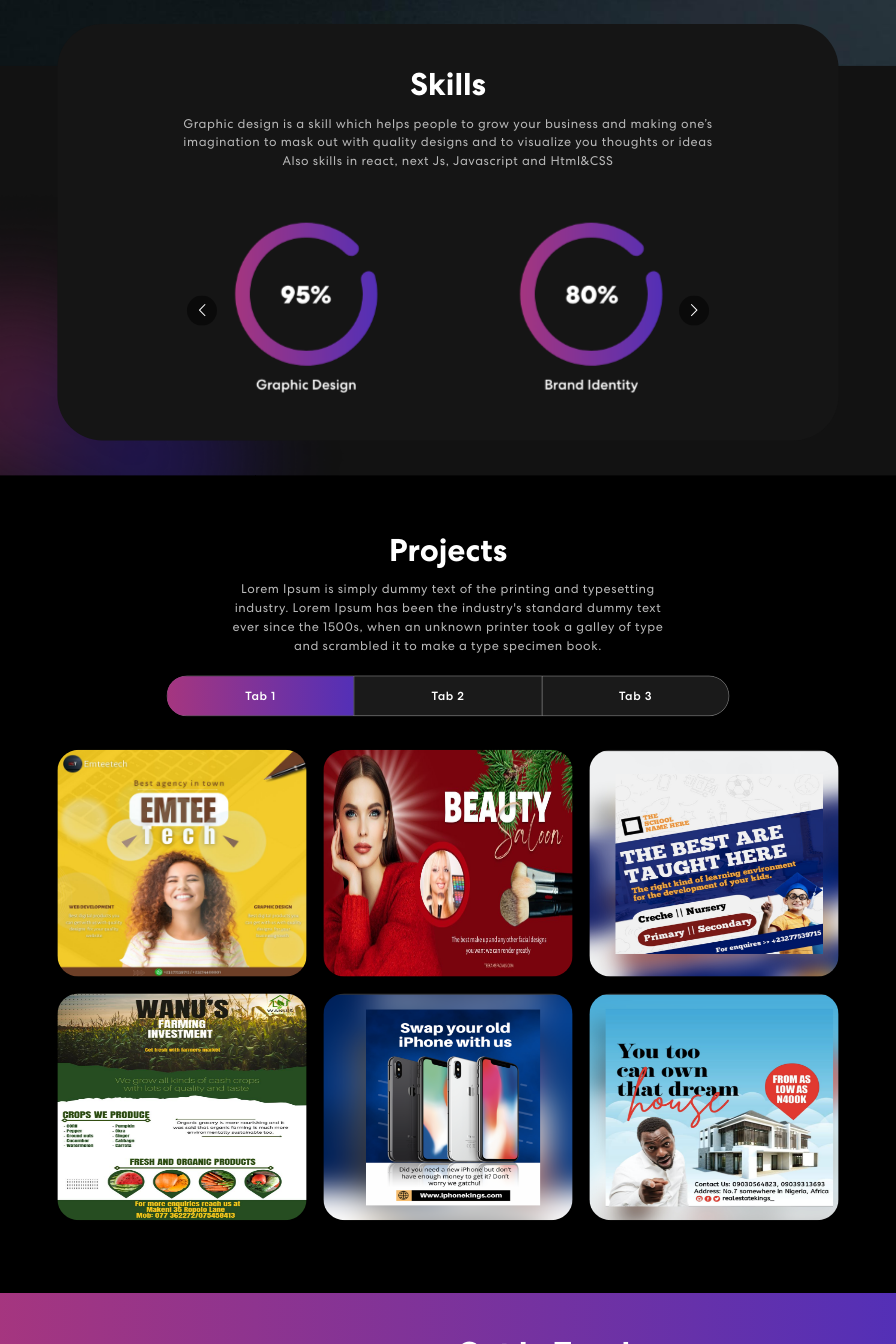
Repository: EmmanuelKeifala/emtee
Page: /
The author's editor kept a copy of each file at every save. The page is drawn from the files as they stood at one save, then again after the next save.
The browser window is 1280 px wide. The pictures show the part of the page from y = 743 to 2663 px (the page is 3503 px tall before and 3530 px after), at 70% of full size.
The project was rebuilt for these pictures with package versions that can differ from the ones it lists, and the page was loaded fresh each time. Some packages were replaced by stand-ins written for this rebuild.

Above is the page before, as saved 2022-09-30 18:10:57.

### public/index.html
<!DOCTYPE html>
<html lang="en">
  <head>
    <meta charset="utf-8" />
    <link rel="icon" href="%PUBLIC_URL%/favicon.ico" />
    <meta name="viewport" content="width=device-width, initial-scale=1" />
    <meta name="theme-color" content="#000000" />
    <meta name="description" content="Em-Tech" />
    <link rel="apple-touch-icon" href="%PUBLIC_URL%/logo192.png" />

    <link rel="manifest" href="%PUBLIC_URL%/manifest.json" />
    <title>Em-Tech</title>
  </head>
  <body>
    <div id="root"></div>
  </body>
</html>

### src/Components/Navbar.jsx
import React, { useState, useEffect } from "react";
import { Navbar, Container, Nav } from "react-bootstrap";
import logo from "../assets/img/screen.png";
import navIcon1 from "../assets/img/nav-icon1.svg";
import navIcon2 from "../assets/img/nav-icon2.svg";
import navIcon3 from "../assets/img/nav-icon3.svg";
import Twitter from "../assets/img/twit.png";

const NavBar = () => {
  const [activeLink, setActiveLink] = useState("home");
  const [scrolled, setScrolled] = useState(false);
  useEffect(() => {
    const onScroll = () => {
      if (window.scrollY > 50) {
        setScrolled(true);
      } else {
        setScrolled(false);
      }
    };
    window.addEventListener("scroll", onScroll);

    return () => window.removeEventListener("scroll", onScroll);
  }, []);
  const onUpdateActiveLink = (value) => {
    setActiveLink(value);
  };
  return (
    <Navbar expand="md" className={scrolled ? "scrolled" : ""}>
      <Container>
        <Navbar.Brand href="/">
          <img src={logo} alt="Logo" className="lo" />
        </Navbar.Brand>
        <Navbar.Toggle aria-controls="basic-navbar-nav">
          <span className="navbar-toggler-icon"></span>
        </Navbar.Toggle>
        <Navbar.Collapse id="basic-navbar-nav">
          <Nav className="ms-auto">
            <Nav.Link
              href="#home"
              className={
                activeLink === "home" ? "active navbar-link" : "navbar-link"
              }
              onClick={() => onUpdateActiveLink("home")}
            >
              Home
            </Nav.Link>
            <Nav.Link
              href="#skills"
              className={
                activeLink === "skills" ? "active navbar-link" : "navbar-link"
              }
              onClick={() => onUpdateActiveLink("skills")}
            >
              Skills
            </Nav.Link>
            <Nav.Link
              href="#project"
              className={
                activeLink === "project" ? "active navbar-link" : "navbar-link"
              }
              onClick={() => onUpdateActiveLink("project")}
            >
              Projects
            </Nav.Link>
          </Nav>
          <span className="navbar-text">
            <div className="social-icon">
              <a href="#">
                <img src={navIcon1} alt="linkedin" />
              </a>
              <a href="#">
                <img src={navIcon2} alt="facebook" />
              </a>
              <a href="#">
                <img src={navIcon3} alt="instagram" />
              </a>
              <a href="#">
                <img src={Twitter} alt="Twitter" className="twit" />
              </a>
            </div>
            <button className="vvd">
              <span>Let’s Connect</span>
            </button>
          </span>
        </Navbar.Collapse>
      </Container>
    </Navbar>
  );
};

export default NavBar;

### src/Components/Banner.jsx
import React from "react";
import { useState, useEffect } from "react";
import { Container, Row, Col } from "react-bootstrap";
import { ArrowRightCircle } from "react-bootstrap-icons";
import headerImg from "../assets/img/header-img.svg";
import "animate.css";
import TrackVisibility from "react-on-screen";
import GoogleAd from "./GoogleAd";
const Banner = () => {
  const [loopNum, setLoopNum] = useState(0);
  const [isDeleting, setIsDeleting] = useState(false);
  const [text, setText] = useState("");
  const [delta, setDelta] = useState(300 - Math.random() * 100);
  const [index, setIndex] = useState(1);
  const toRotate = ["Web Development", "Web Design", "UI/UX Design"];
  const period = 2000;

  useEffect(() => {
    let ticker = setInterval(() => {
      tick();
    }, delta);

    return () => {
      clearInterval(ticker);
    };
  }, [text]);

  const tick = () => {
    let i = loopNum % toRotate.length;
    let fullText = toRotate[i];
    let updatedText = isDeleting
      ? fullText.substring(0, text.length - 1)
      : fullText.substring(0, text.length + 1);

    setText(updatedText);

    if (isDeleting) {
      setDelta((prevDelta) => prevDelta / 2);
    }

    if (!isDeleting && updatedText === fullText) {
      setIsDeleting(true);
      setIndex((prevIndex) => prevIndex - 1);
      setDelta(period);
    } else if (isDeleting && updatedText === "") {
      setIsDeleting(false);
      setLoopNum(loopNum + 1);
      setIndex(1);
      setDelta(500);
    } else {
      setIndex((prevIndex) => prevIndex + 1);
    }
  };

  return (
    <section className="banner" id="home">
      <Container>
        <Row className="aligh-items-center">
          <Col xs={12} md={6} xl={7}>
            <TrackVisibility>
              {({ isVisible }) => (
                <div
                  className={
                    isVisible ? "animate__animated animate__fadeIn" : ""
                  }
                >
                  <span className="tagline">
                    Welcome to our Portfolio and Hiring Page
                  </span>
                  <h1>
                    {`Hi! We are Em-Tech we do`}{" "}
                    <span
                      className="txt-rotate"
                      dataPeriod="1000"
                      data-rotate='[ "Web Developement", "Web Design", "UI/UX Design" ]'
                    >
                      <span className="wrap">{text}</span>
                    </span>
                  </h1>
                  <p>
                    Lorem Ipsum is simply dummy text of the printing and
                    typesetting industry. Lorem Ipsum has been the industry's
                    standard dummy text ever since the 1500s, when an unknown
                    printer took a galley of type and scrambled it to make a
                    type specimen book.
                  </p>
                  <button onClick={() => console.log("connect")}>
                    Let’s Connect <ArrowRightCircle size={25} />
                  </button>
                </div>
              )}
            </TrackVisibility>
          </Col>
          <Col xs={12} md={6} xl={5}>
            <TrackVisibility>
              {({ isVisible }) => (
                <div
                  className={
                    isVisible ? "animate__animated animate__zoomIn" : ""
                  }
                >
                  <img src={headerImg} alt="Header Img" />
                </div>
              )}
            </TrackVisibility>
          </Col>
        </Row>
      </Container>
      <GoogleAd slot="9876543210" googleAdId="ca-pub-2934431448539258" />
    </section>
  );
};

export default Banner;

### src/Components/Skills.jsx
import React from "react";
import meter1 from "../assets/img/meter1.svg";
import meter2 from "../assets/img/meter2.svg";
import meter3 from "../assets/img/meter3.svg";
import Carousel from "react-multi-carousel";
import "react-multi-carousel/lib/styles.css";
import arrow1 from "../assets/img/arrow1.svg";
import arrow2 from "../assets/img/arrow2.svg";
import colorSharp from "../assets/img/color-sharp.png";
const Skills = () => {
  const responsive = {
    superLargeDesktop: {
      // the naming can be any, depends on you.
      breakpoint: { max: 4000, min: 3000 },
      items: 5,
    },
    desktop: {
      breakpoint: { max: 3000, min: 1024 },
      items: 3,
    },
    tablet: {
      breakpoint: { max: 1024, min: 464 },
      items: 2,
    },
    mobile: {
      breakpoint: { max: 464, min: 0 },
      items: 1,
    },
  };
  return (
    <section className="skill" id="skills">
      <div className="container">
        <div className="row">
          <div className="col-12">
            <div className="skill-bx wow zoomIn">
              <h2>Skills</h2>
              <p>
                Graphic design is a skill which helps people to grow your
                business and making one’s <br></br> imagination to mask out with
                quality designs and to visualize you thoughts or ideas<br></br>
                Also skills in react, next Js, Javascript and Html&CSS
              </p>
              <Carousel
                responsive={responsive}
                infinite={true}
                className="owl-carousel owl-theme skill-slider"
              >
                <div className="item">
                  <img src={meter1} alt="Image" />
                  <h5>Graphic Design</h5>
                </div>
                <div className="item">
                  <img src={meter2} alt="Image" />
                  <h5>Brand Identity</h5>
                </div>
                <div className="item">
                  <img src={meter3} alt="Image" />
                  <h5>Logo Design</h5>
                </div>
                <div className="item">
                  <img src={meter1} alt="Image" />
                  <h5>Web Development</h5>
                </div>
              </Carousel>
            </div>
          </div>
        </div>
      </div>
      <img className="background-image-left" src={colorSharp} alt="Image" />
    </section>
  );
};

export default Skills;

### src/Components/Projects.jsx
import React from "react";
import { Container, Row, Col, Tab, Nav } from "react-bootstrap";
import { ProjectCard } from "./ProjectCard";
import projImg1 from "../assets/img/project-1.jpeg";
import projImg2 from "../assets/img/project-2.jpeg";
import projImg3 from "../assets/img/project-7.png";
import projImg4 from "../assets/img/project-4.jpeg";
import projImg5 from "../assets/img/project-5.png";
import projImg6 from "../assets/img/project-6.png";

import colorSharp2 from "../assets/img/color-sharp2.png";
import ecommerce from "../assets/img/Ecommerce-2.jpeg";
import tiktok from "../assets/img/tiktok-clone-1.png";
import spotify from "../assets/img/spotify.webp";
import food from "../assets/img/food.png";
import chatapp from "../assets/img/chatapp.jpeg";
import amazon from "../assets/img/amazon.png";
import "animate.css";
import TrackVisibility from "react-on-screen";
const Projects = () => {
  const projects = [
    {
      title: "Business Startup",
      description: "Design & Development",
      imgUrl: projImg1,
    },
    {
      title: "Business Startup",
      description: "Design & Development",
      imgUrl: projImg2,
    },
    {
      title: "Business Startup",
      description: "Design & Development",
      imgUrl: projImg3,
    },
    {
      title: "Business Startup",
      description: "Design & Development",
      imgUrl: projImg4,
    },
    {
      title: "Business Startup",
      description: "Design & Development",
      imgUrl: projImg5,
    },
    {
      title: "Business Startup",
      description: "Design & Development",
      imgUrl: projImg6,
    },
  ];
  const web = [
    {
      title: "Ecommerce Website",
      description: "It handles order, sales etc",
      imgUrl: ecommerce,
      link: "https://em-tech-rzdb.vercel.app/",
    },
    {
      title: "A Tik Tok clone",
      description: "Design & Development",
      imgUrl: tiktok,
    },
    {
      title: "Spotify Clone",
      description: "Design & Development",
      imgUrl: spotify,
    },
    {
      title: "Food Order and Delivery",
      description: "Design & Development",
      imgUrl: food,
    },
    {
      title: "Chat App",
      description: "Design & Development",
      imgUrl: chatapp,
    },
    {
      title: "Amazon Clone",
      description: "Design & Development",
      imgUrl: amazon,
    },
  ];
  return (
    <section className="project" id="project">
      <Container>
        <Row>
          <Col size={12}>
            <TrackVisibility>
              {({ isVisible }) => (
                <div
                  className={
                    isVisible ? "animate__animated animate__fadeIn" : ""
                  }
                >
                  <h2>Projects</h2>
                  <p>
                    Lorem Ipsum is simply dummy text of the printing and
                    typesetting industry. Lorem Ipsum has been the industry's
                    standard dummy text ever since the 1500s, when an unknown
                    printer took a galley of type and scrambled it to make a
                    type specimen book.
                  </p>
                  <Tab.Container id="projects-tabs" defaultActiveKey="first">
                    <Nav
                      variant="pills"
                      className="nav-pills mb-5 justify-content-center align-items-center"
                      id="pills-tab"
                    >
                      <Nav.Item>
                        <Nav.Link eventKey="first">Tab 1</Nav.Link>
                      </Nav.Item>
                      <Nav.Item>
                        <Nav.Link eventKey="second">Tab 2</Nav.Link>
                      </Nav.Item>
                      <Nav.Item>
                        <Nav.Link eventKey="third">Tab 3</Nav.Link>
                      </Nav.Item>
                    </Nav>
                    <Tab.Content
                      id="slideInUp"
                      className={
                        isVisible ? "animate__animated animate__slideInUp" : ""
                      }
                    >
                      <Tab.Pane eventKey="first">
                        <Row>
                          {projects.map((project, index) => {
                            return <ProjectCard key={index} {...project} />;
                          })}
                        </Row>
                      </Tab.Pane>
                      <Tab.Pane eventKey="second">
                        <Row>
                          {web.map((project, index) => {
                            return <ProjectCard key={index} {...project} />;
                          })}
                        </Row>
                      </Tab.Pane>
                      <Tab.Pane eventKey="third">
                        <p>
                          Lorem ipsum dolor sit amet consectetur adipisicing
                          elit. Cumque quam, quod neque provident velit, rem
                          explicabo excepturi id illo molestiae blanditiis,
                          eligendi dicta officiis asperiores delectus quasi
                          inventore debitis quo.
                        </p>
                      </Tab.Pane>
                    </Tab.Content>
                  </Tab.Container>
                </div>
              )}
            </TrackVisibility>
          </Col>
        </Row>
      </Container>
      <img className="background-image-right" src={colorSharp2}></img>
    </section>
  );
};

export default Projects;

### src/Components/Contact.jsx
import React from "react";
import { useState } from "react";
import { Container, Row, Col } from "react-bootstrap";
import contactImg from "../assets/img/contact-img.svg";
import "animate.css";
import { Form, Input, TextArea, Button } from "semantic-ui-react";
import TrackVisibility from "react-on-screen";
import Swal from "sweetalert2";
import emailjs from "emailjs-com";
const Contact = () => {
  const formInitialDetails = {
    firstName: "",
    lastName: "",
    email: "",
    phone: "",
    message: "",
  };

  const SERVICE_ID = "service_hdc70rt";
  const TEMPLATE_ID = "template_uccb61k";
  const USER_ID = "tjSBze7Rp8m252Qv_";

  const [formDetails, setFormDetails] = useState(formInitialDetails);
  const [buttonText, setButtonText] = useState("Send");
  const [status, setStatus] = useState({});

  const onFormUpdate = (category, value) => {
    setFormDetails({
      ...formDetails,
      [category]: value,
    });
  };

  const handleOnSubmit = (e) => {
    e.preventDefault();
    emailjs.sendForm(SERVICE_ID, TEMPLATE_ID, e.target, USER_ID).then(
      (result) => {
        console.log(result.text);
        Swal.fire({
          icon: "success",
          title: "Message Sent Successfully",
        });
      },
      (error) => {
        console.log(error.text);
        Swal.fire({
          icon: "error",
          title: "Ooops, something went wrong",
          text: error.text,
        });
      }
    );
    console.log(e.target);
    e.target.reset();
  };

  return (
    <section className="contact" id="connect">
      <Container>
        <Row className="align-items-center">
          <Col size={12} md={6}>
            <TrackVisibility>
              {({ isVisible }) => (
                <img
                  className={
                    isVisible ? "animate__animated animate__zoomIn" : ""
                  }
                  src={contactImg}
                  alt="Contact Us"
                />
              )}
            </TrackVisibility>
          </Col>
          <Col size={12} md={6}>
            <TrackVisibility>
              {({ isVisible }) => (
                <div
                  className={
                    isVisible ? "animate__animated animate__fadeIn" : ""
                  }
                >
                  <h2>Get In Touch</h2>
                  <form onSubmit={handleOnSubmit}>
                    <Row>
                      <Col size={12} sm={6} className="px-1">
                        <Form.Field
                          id="form-input-control-email"
                          control={Input}
                          label="Email"
                          name="user_email"
                          placeholder="Email…"
                          required
                          icon="mail"
                          iconPosition="left"
                        />
                      </Col>
                      <Col size={12} sm={6} className="px-1">
                        <Form.Field
                          id="form-input-control-last-name"
                          control={Input}
                          label="Name"
                          name="user_name"
                          placeholder="Name…"
                          required
                          icon="user circle"
                          iconPosition="left"
                        />
                      </Col>
                      <Col size={12} className="px-1">
                        <Form.Field
                          id="form-textarea-control-opinion"
                          control={TextArea}
                          label="Message"
                          name="user_message"
                          placeholder="Message..."
                          required
                        />
                        <button type="submit">
                          <span>{buttonText}</span>
                        </button>
                      </Col>
                      {status.message && (
                        <Col>
                          <p
                            className={
                              status.success === false ? "danger" : "success"
                            }
                          >
                            {status.message}
                          </p>
                        </Col>
                      )}
                    </Row>
                  </form>
                </div>
              )}
            </TrackVisibility>
          </Col>
        </Row>
      </Container>
    </section>
  );
};

export default Contact;

### src/Components/Footer.jsx
import React from "react";
import { Container, Row, Col } from "react-bootstrap";
import logo from "../assets/img/logo.svg";
import navIcon1 from "../assets/img/nav-icon1.svg";
import navIcon2 from "../assets/img/nav-icon2.svg";
import navIcon3 from "../assets/img/nav-icon3.svg";

const Footer = () => {
  return (
    <footer className="footer">
      <Container>
        <Row className="align-items-center">
          <Col size={12} sm={6}>
            <img src={logo} alt="Logo" />
          </Col>
          <Col size={12} sm={6} className="text-center text-sm-end">
            <div className="social-icon">
              <a href="#" className="icon">
                <img src={navIcon1} alt="Icon" className="icon-1" />
              </a>
              <a href="#" className="icon">
                <img src={navIcon2} alt="Icon" className="icon-1" />
              </a>
              <a href="#" className="icon">
                <img src={navIcon3} alt="Icon" className="icon-1" />
              </a>
            </div>
            <p>Copyright 2022. All Rights Reserved</p>
            <p>Develped by Em-Tech</p>
          </Col>
        </Row>
      </Container>
    </footer>
  );
};

export default Footer;

### src/Components/GoogleAd.jsx
import React, { Component } from "react";
import PropTypes from "prop-types";

class GoogleAd extends Component {
  googleInit = null;

  componentDidMount() {
    const { timeout } = this.props;
    this.googleInit = setTimeout(() => {
      if (typeof window !== "undefined")
        (window.adsbygoogle = window.adsbygoogle || []).push({});
    }, timeout);
  }

  componentWillUnmount() {
    if (this.googleInit) clearTimeout(this.googleInit);
  }

  render() {
    const { classNames, slot, googleAdId, style, format } = this.props;
    return (
      <div className={classNames}>
        <ins
          className="adsbygoogle"
          style={style || { display: "block", textAlign: "center" }}
          data-ad-client={googleAdId}
          data-ad-slot={slot}
          data-ad-format={format || "auto"}
          data-full-width-responsive="true"
        ></ins>
      </div>
    );
  }
}
GoogleAd.propTypes = {
  classNames: PropTypes.string,
  slot: PropTypes.string,
  timeout: PropTypes.number,
  googleAdId: PropTypes.string,
};
GoogleAd.defaultProps = {
  classNames: "",
  timeout: 200,
};
export default GoogleAd;

### src/Components/ProjectCard.jsx
import { Col } from "react-bootstrap";

export const ProjectCard = ({ title, description, imgUrl, link }) => {
  return (
    <Col size={12} sm={6} md={4}>
      <div className="proj-imgbx">
        <img src={imgUrl} className="prop-image" />
        <div className="proj-txtx">
          <h4>{title}</h4>
          <span>{description}</span>
          {link && (
            <p>
              <a target="_blank" href={link}>
                <span className="spanner">Demo</span>
              </a>
            </p>
          )}
        </div>
      </div>
    </Col>
  );
};

Loaded but not shown: src/index.css (common file); src/reportWebVitals.js (common file); src/App.js (23 lines, source omitted); src/index.js (16 lines, source omitted); src/App.css (743 lines, source omitted)

After the next save:
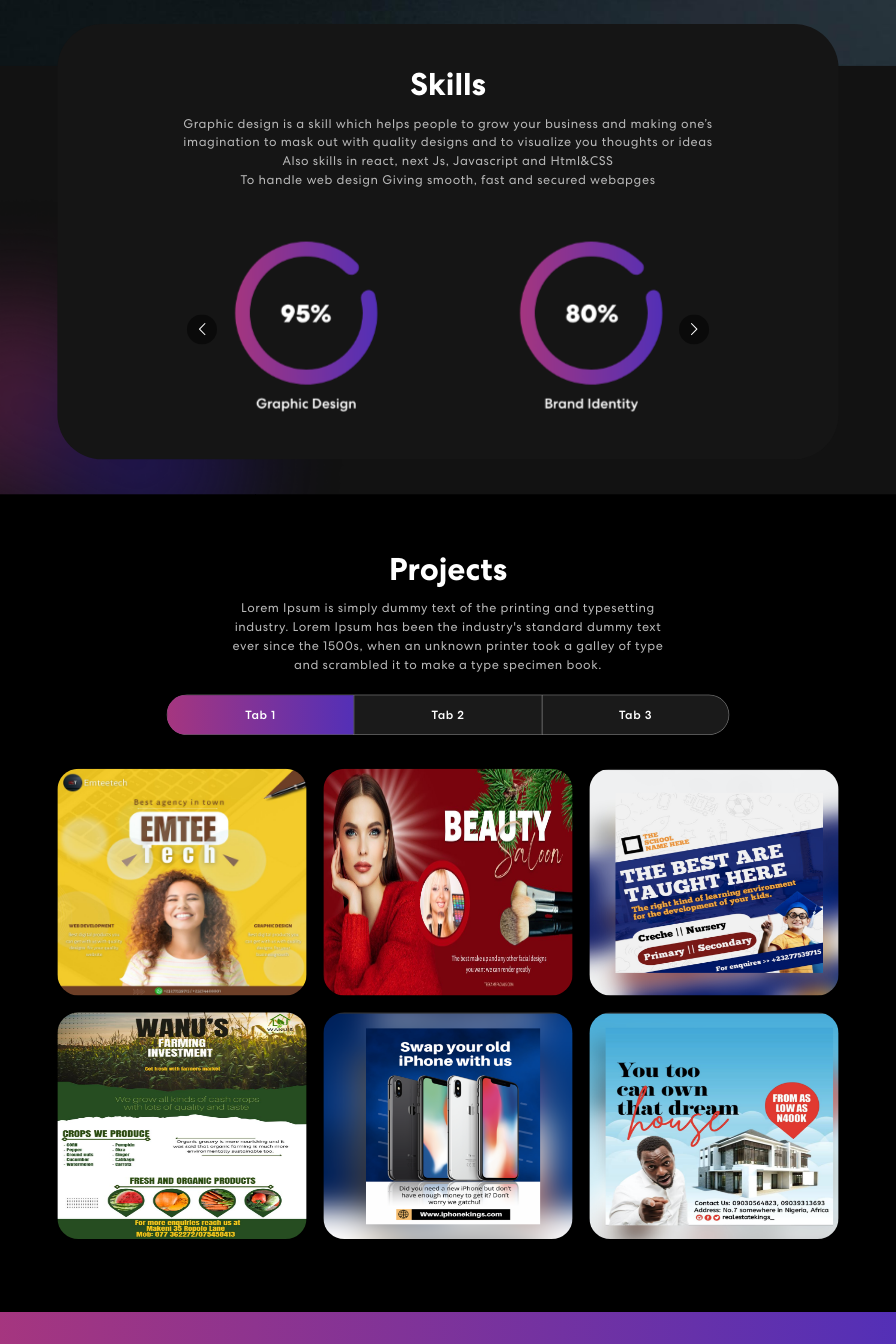
Saved 37 s later.
--- a/src/Components/Skills.jsx
+++ b/src/Components/Skills.jsx
@@ -38,7 +38,8 @@ const Skills = () => {
                 Graphic design is a skill which helps people to grow your
                 business and making one’s <br></br> imagination to mask out with
                 quality designs and to visualize you thoughts or ideas<br></br>
-                Also skills in react, next Js, Javascript and Html&CSS
+                Also skills in react, next Js, Javascript and Html&CSS <br></br>
+                To handle web design Giving smooth, fast and secured webapges
               </p>
               <Carousel
                 responsive={responsive}
